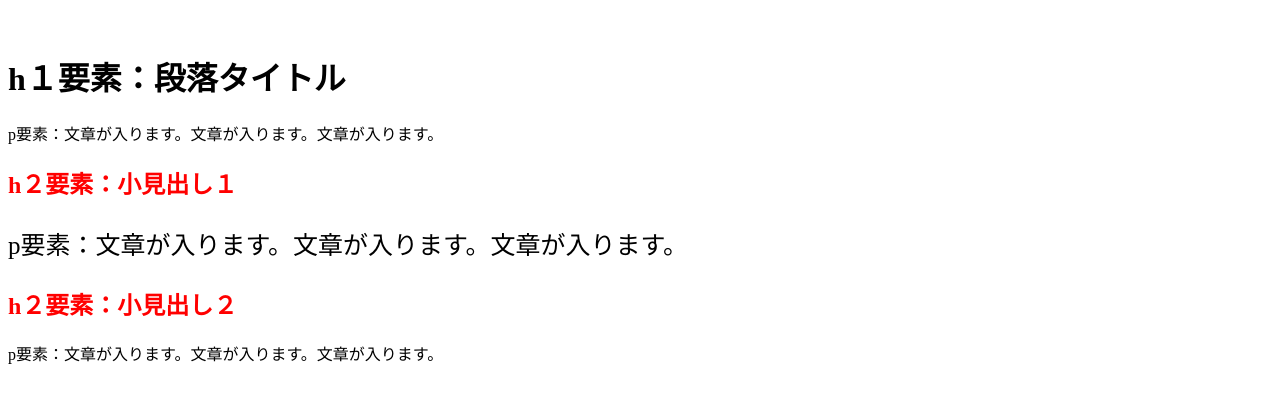
Repository: hatatatedai/samurai_HTML-CSS
Page: index3.html
The author's editor kept a record of every edit. The page is drawn from the files as they stood at one moment, then again after the next edit.
The browser window is 1280 px wide. The pictures show the whole page.

Above is the page before.

After the next edit:
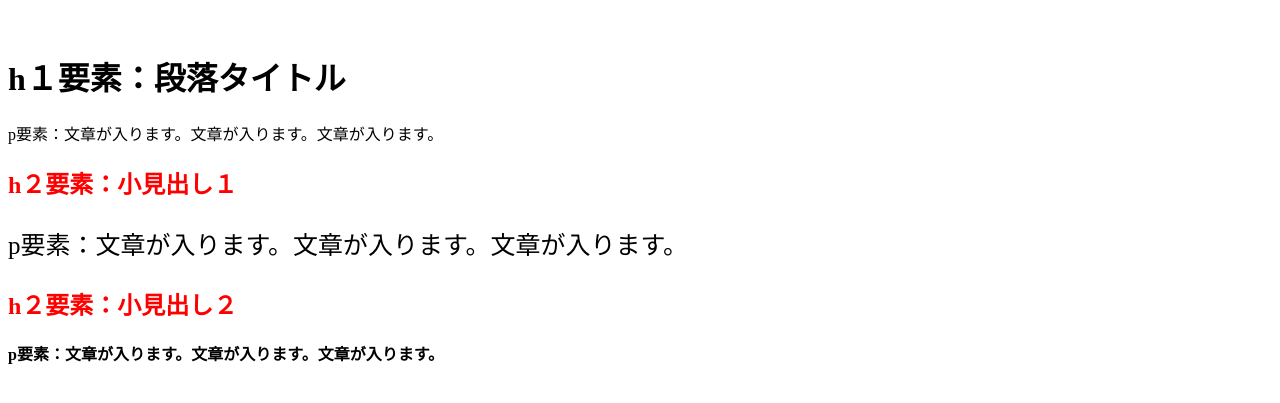
The edit:
--- a/index3.html
+++ b/index3.html
@@ -16,7 +16,7 @@
     <p style="font-size: 25px;">
        p要素：文章が入ります。文章が入ります。文章が入ります。</p>
     <h2>h２要素：小見出し２</h2>
-    <p
-    >p要素：文章が入ります。文章が入ります。文章が入ります。</p>
+    <p style="font-weight: bold;">
+       p要素：文章が入ります。文章が入ります。文章が入ります。</p>
 　</body>
 </html>
